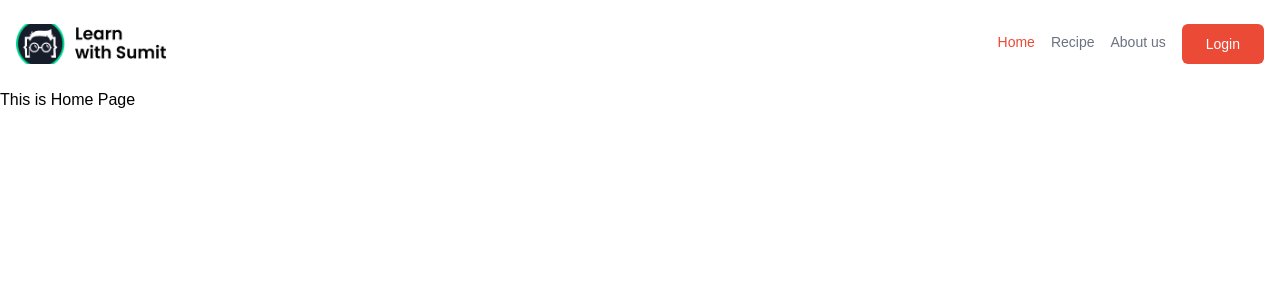
Repository: Wahid137/khana-khazana
Page: /
These files come from the project's save history. The page is drawn as it stood at one moment and after the next save; the edit follows.
The browser window is 1280 px wide. The pictures show the whole page.
The project was rebuilt for these pictures with package versions that can differ from the ones it lists, and the page was loaded fresh each time. The framework's server and built-in components were replaced by stand-ins that run in the browser. Also part of the build but not shown: next.config.mjs.

Above is the page before, as saved 2024-05-02 15:51:51.

After the next save:
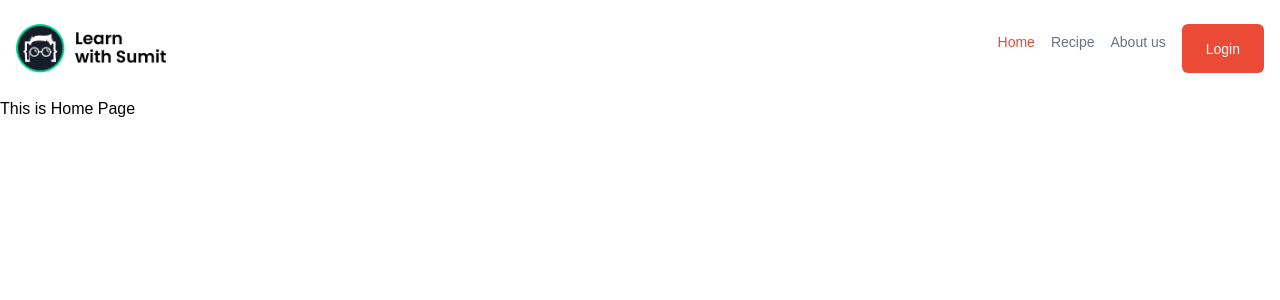
Saved 10 s later.
--- a/app/components/Navbar.jsx
+++ b/app/components/Navbar.jsx
@@ -5,13 +5,7 @@
     <nav>
       <div className="container flex justify-between py-6">
         <a href="index.html">
-          <Image
-            src={logo}
-            alt="logo"
-            width={150}
-            height={10}
-            className="object-cover h-[40px]"
-          />
+          <Image src={logo} alt="logo" width={150} height={10} />
         </a>
 
         <ul className="flex gap-4 text-sm text-gray-500">

After the save that followed:
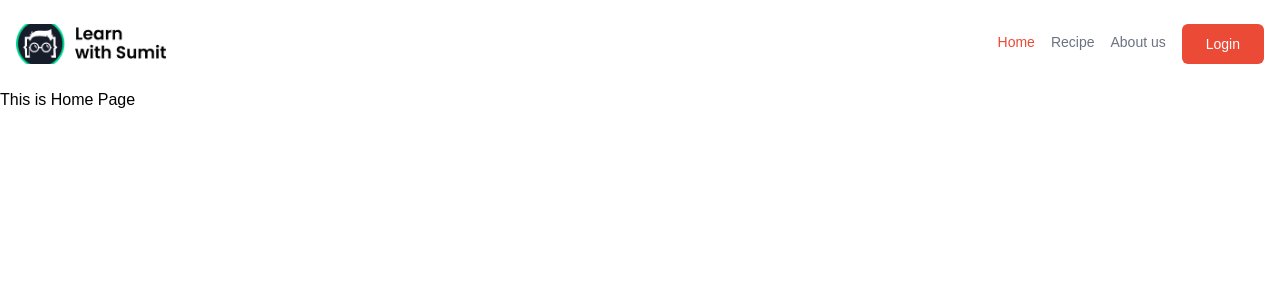
Saved 12 s later.
--- a/app/components/Navbar.jsx
+++ b/app/components/Navbar.jsx
@@ -5,7 +5,13 @@
     <nav>
       <div className="container flex justify-between py-6">
         <a href="index.html">
-          <Image src={logo} alt="logo" width={150} height={10} />
+          <Image
+            src={logo}
+            alt="logo"
+            width={150}
+            height={10}
+            className="object-cover h-[40px]"
+          />
         </a>
 
         <ul className="flex gap-4 text-sm text-gray-500">
